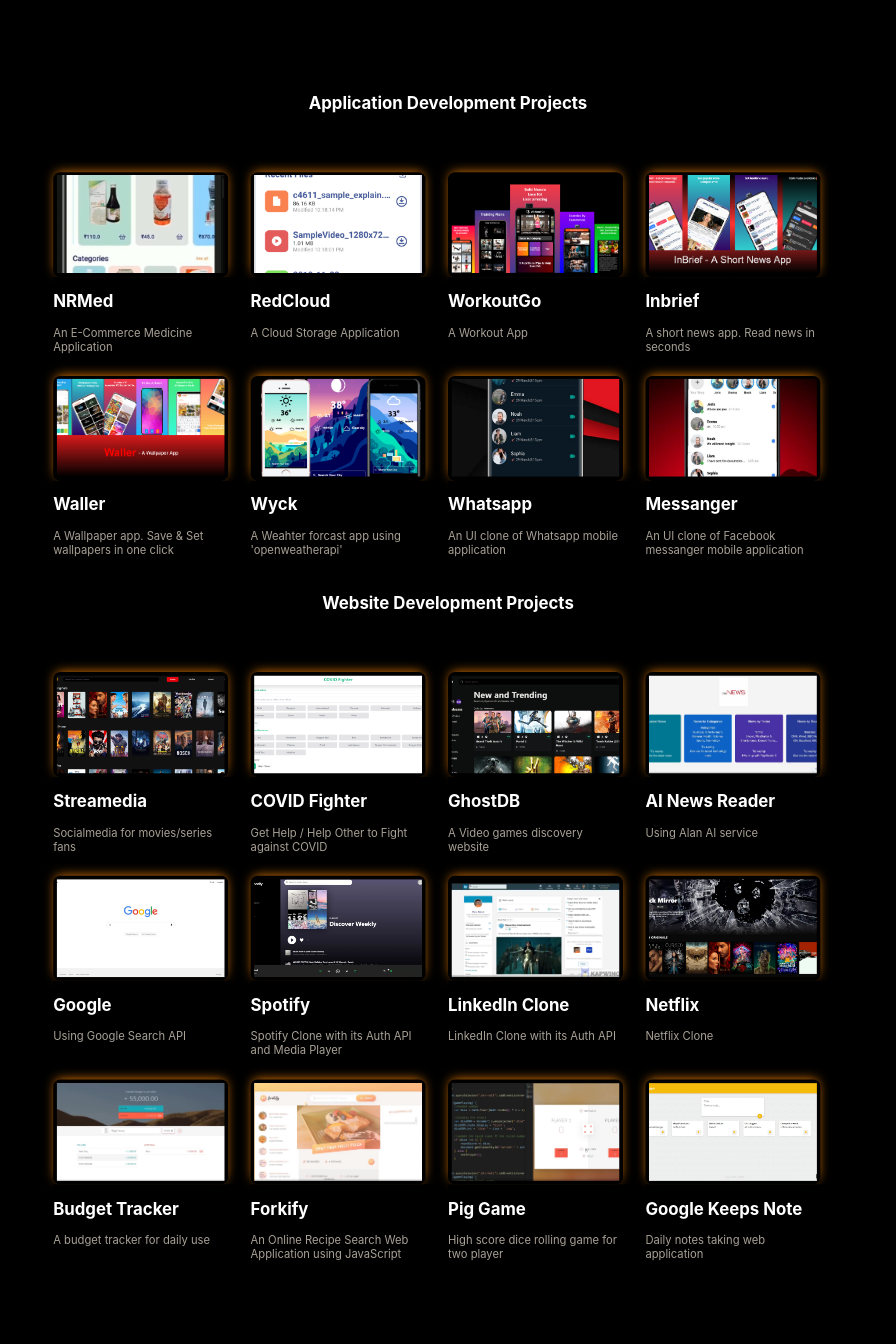
Repository: red-star25/next-portfolio
Page: /
The author's editor kept a copy of each file at every save. The page is drawn from the files as they stood at one save, then again after the next save.
The browser window is 1280 px wide. The pictures show the part of the page from y = 920 to 2840 px (the page is 5386 px tall before and 5677 px after), at 70% of full size.
The project was rebuilt for these pictures with package versions that can differ from the ones it lists, and the page was loaded fresh each time. The framework's server and built-in components were replaced by stand-ins that run in the browser.

Above is the page before, as saved 2023-11-06 11:26:39.

After the next save:
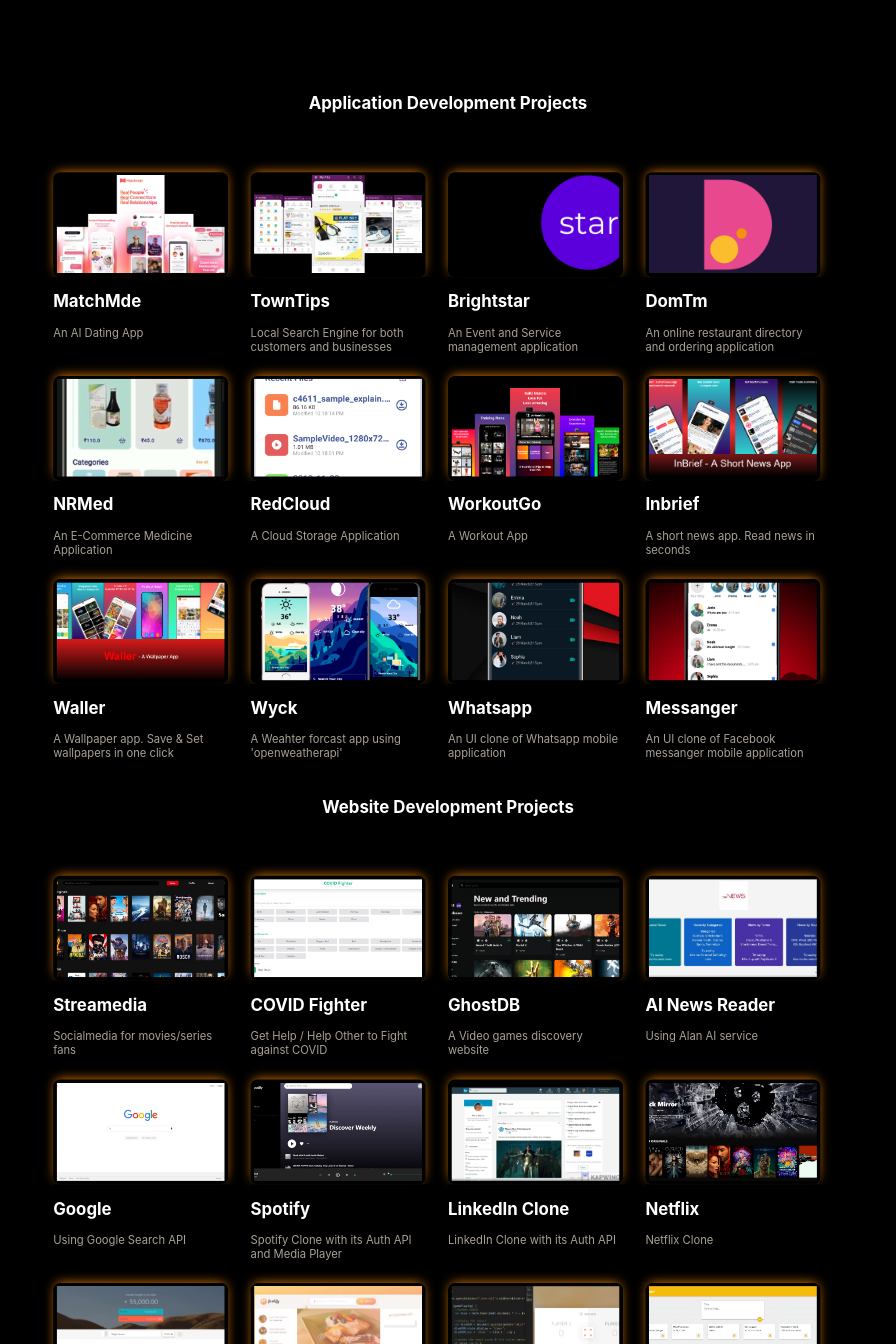
Saved 3 min 33 s later.
--- a/component/Project/Project.jsx
+++ b/component/Project/Project.jsx
@@ -84,6 +84,28 @@
     },
   ];
   const appProjects = [
+    {
+      title: "MatchMde",
+      subtitle: "An AI Dating App",
+      image: "/images/matchmde.png",
+      source:"https://play.google.com/store/apps/details?id=com.matchmde",
+    },
+    {
+      title: "TownTips",
+      subtitle: "Local Search Engine for both customers and businesses",
+      image: "/images/towntips.png",
+      source:"https://play.google.com/store/apps/details?id=com.aecordigitalltd.towntips&hl=en&gl=US"
+    },
+    {
+      title: "Brightstar",
+      subtitle: "An Event and Service management application",
+      image: "/images/brightstar.png",
+    },
+    {
+      title: "DomTm",
+      subtitle: "An online restaurant directory and ordering application",
+      image: "/images/domtm.png",
+    },
     {
       title: "NRMed",
       subtitle: "An E-Commerce Medicine Application",
